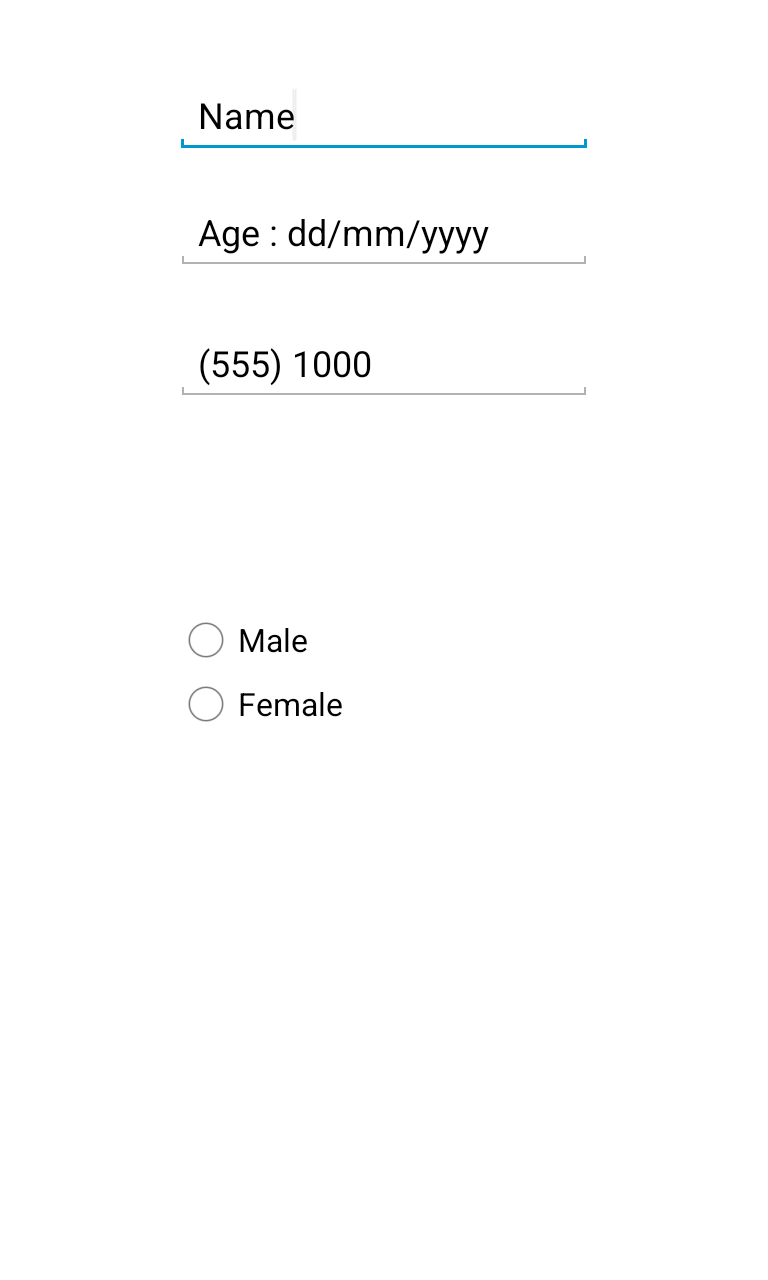
Repository: srikraj8341/srikanthrepo
Layout: android/MyFirstApp/res/layout/activity_display_message.xml
The author's editor kept a copy of each file at every save. The layout is drawn from the files as they stood at one save, then again after the next save.
It is drawn on a 768 x 1280 px phone screen (xhdpi) without system bars, with theme AppTheme; the app's code is not run.

Above is the layout before, as saved 2012-09-22 07:52:42.

After the next save:
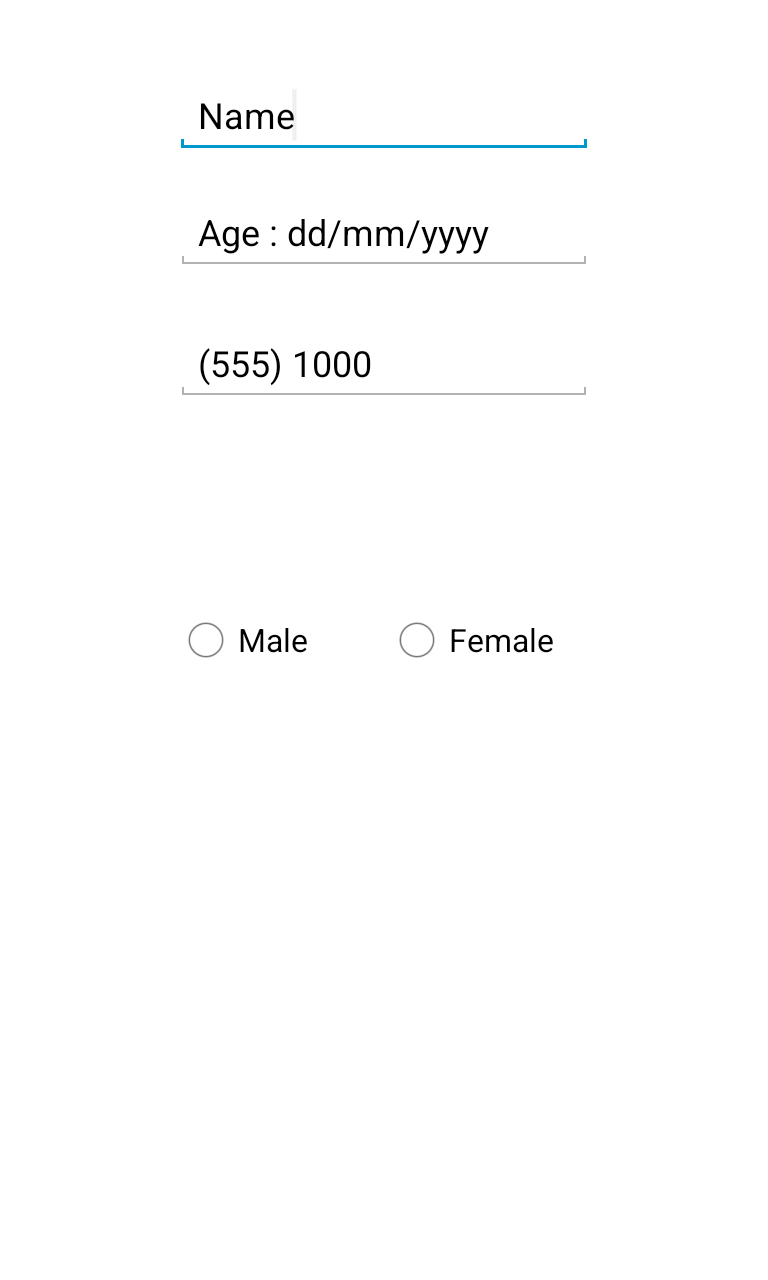
Saved 12 s later.
--- a/android/MyFirstApp/res/layout/activity_display_message.xml
+++ b/android/MyFirstApp/res/layout/activity_display_message.xml
@@ -51,8 +51,10 @@
             android:id="@+id/radioButton2"
             android:layout_width="wrap_content"
             android:layout_height="wrap_content"
-            android:layout_alignLeft="@+id/radioButton1"
-            android:layout_below="@+id/radioButton1"
+            android:layout_alignBaseline="@+id/radioButton1"
+            android:layout_alignBottom="@+id/radioButton1"
+            android:layout_alignRight="@+id/editText3"
+            android:layout_marginRight="20dp"
             android:text="@string/Female" />
 
     </RelativeLayout>
